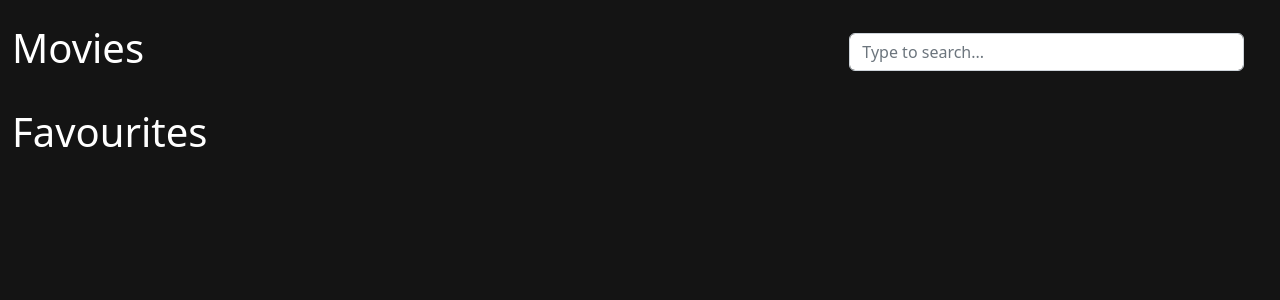
Repository: DeraBola/movie-app
Page: /
The author's editor kept a copy of each file at every save. The page is drawn from the files as they stood at one save, then again after the next save.
The browser window is 1280 px wide. The pictures show the whole page.
The page's requests for data from a server got no answer. The project was rebuilt for these pictures with package versions that can differ from the ones it lists, and the page was loaded fresh each time. No one was signed in, and anything a server would have sent is missing. Also part of the build but not shown: src/components/AddFavourites.js, src/components/RemoveFavourites.js.

Above is the page before, as saved 2022-09-02 11:09:03.

### src/index.js
import React from 'react';
import ReactDOM from 'react-dom/client';
import './index.css';
import App from './App';
import reportWebVitals from './reportWebVitals';

const root = ReactDOM.createRoot(document.getElementById('root'));
root.render(
  <React.StrictMode>
    <App />
  </React.StrictMode>
);


// If you want to start measuring performance in your app, pass a function
// to log results (for example: reportWebVitals(console.log))
// or send to an analytics endpoint. Learn more: https://bit.ly/CRA-vitals
reportWebVitals();

### src/App.js
import React, { useEffect, useState, useRef } from "react";
import MovieList from "../src/components/MovieList";
import MovieListHeading from "../src/components/MovieListHeading";
import SearchBox  from "../src/components/SearchBox";
import "bootstrap/dist/css/bootstrap.min.css";
import AddFavourites from "../src/components/AddFavourites";
import "./App.css";
import RemoveFavourites from "../src/components/RemoveFavourites";
import {
  BsInstagram,
  BsArrowLeftShort,
  BsArrowRightShort,
} from "react-icons/bs";





const App = () => {

  const [movies, setMovies] = useState([]);

  const [favourites, setFavourites] = useState([]);

  const [searchValue, setSearchValue] = useState([]);

  const getMovieRequest = async (searchValue) => {
    const url = `https://api.themoviedb.org/3/search/movie?query=${searchValue}&api_key=1a149356193d56f9143f86bca179b03e`

    const response = await fetch(url);

    const responseJson = await response.json();

    if(responseJson.results){
      setMovies(responseJson.results);
    }
  };

  useEffect(()=>{
    getMovieRequest(searchValue);
  }, [searchValue]);

  useEffect(()=>{
    const movieFavourites = JSON.parse(
      localStorage.getItem('react-movie-app-favourites')
    )||[];

    setFavourites(movieFavourites);
}, []);


  const saveToLocalStorage = (items) =>{
    localStorage.setItem('react-movie-app-favourites', JSON.stringify(items))
  }

const addFavouriteMovie = (movie) => {
  const newFavouriteList = [...favourites, movie];
  setFavourites(newFavouriteList);
  saveToLocalStorage(newFavouriteList);
};

const removeFavouriteMovie = (movie) => {
  const newFavouriteList = favourites.filter(
    (favourite) => favourite.id !== movie.id
  );
  setFavourites(newFavouriteList);
  saveToLocalStorage(newFavouriteList);
}

const scrollRef = useRef(null);
  const scroll = (direction) => {
    const { current } = scrollRef;
    if (direction === "left") {
      current.scrollLeft -= 300;
    } else {
      current.scrollLeft += 300;
    }
  }


  return (
    <div className="container-fluid movie-app">
      <div className="row d-flex align-items-center mt-4 mb-1" ref={scrollRef} >
        <MovieListHeading heading='Movies' />
        < SearchBox searchValue={searchValue} setSearchValue={setSearchValue}/>
      </div>
      <div className="row">
        <MovieList
        movies={movies}
        handleFavouritesClick={addFavouriteMovie}
        favouriteComponent={AddFavourites}/>

      </div>
      <div className="row d-flex align-items-center mt-4 mb-1">
        <MovieListHeading heading='Favourites' />
      </div>
      <div className="row">
        <MovieList
        movies={favourites}
        handleFavouritesClick={removeFavouriteMovie }
        favouriteComponent={RemoveFavourites}/>
      </div>
    </div>
  );
};

export default App;

### src/components/MovieList.js
import React from "react";

const API_IMG = "https://image.tmdb.org/t/p/w500";

const MovieList = (props) => {

  const FavouriteComponent = props.favouriteComponent;

  return (
    <>
      {props.movies?.map((movie, id) => (
        <div key={id} className="movie-img d-flex justify-content-start m-2">
         <div className="movie-poster"><img src={API_IMG + movie.poster_path} className='card-img-top' alt="movie" /></div>
              <div className="movie-info">
                <h3>{movie.title}</h3>
                <div className='movie-over'>
                  <h6>Overview</h6>
                <p>{movie.overview}</p>
                </div>
          </div>
          <div
          onClick ={ () => props.handleFavouritesClick(movie)}
          className="overlay d-flex align-items-center justify-content-center"
          >
            <FavouriteComponent />
          </div>
        </div>
      ))}
    </>
  );
};

export default MovieList;

### src/components/MovieListHeading.js
import React from 'react';

const MovieListHeading = (props) => {
return(
    <div className='col'>
        <h1>{props.heading}</h1>
    </div>
);
};
export default MovieListHeading;

### src/components/SearchBox.js
import React from 'react';

const SearchBox = (props) => {
return(
    <div className='col col-sm-4'>
      <input className='form-control'
      value={props.value}
      onChange = {(event) => props.setSearchValue(event.target.value) }
      placeholder="Type to search..."></input>
    </div>
);
};
export default SearchBox;

### src/App.css
 body {
     background: #141414;
     color: #fff;
     text-decoration: none;
     list-style-type: none;
 }

 .movie-app>.row {
     overflow-x: auto;
     flex-wrap: nowrap;
     -ms-overflow-style: none;
     scrollbar-width: none;
     width: 100%;
     margin-right: 1rem;
 }

 .movie-app>.row::-webkit-scrollbar {
     display: none;
 }

 .movie-img {
     padding: 1rem;
     width: 600px;
     height: 600px;
     -ms-overflow-style: none;
     scrollbar-width: none;
 }

 .movie-img::-webkit-scrollbar {
     display: none;
 }

 .movie-img:hover {
     cursor: pointer;
     transform: scale(1.1);
 }

 .movie-img img {
     width: 250px;
     height: 250px;
 }

 .movie-img .movie-info {
     flex: 1;
     padding: 1.5rem;
     height: 200px;
 }

 .movie-info .movie-over {
     padding: 1rem;
     background: rgba(255, 255, 255, 0.2);
     box-shadow: 04px 30px rgba(0, 0, 0, 0.1);
     margin-right: .5rem;
     backdrop-filter: blur(5px);
     border-radius: 12px;
     border-top: 1px solid #fff;
     border-left: 1px solid #fff;
     width: 300px;
 }

 .movie-info h3 {
     font-size: 25px;
     top: 0;
 }

 .movie-info .movie-over h6 {
     text-transform: uppercase;
     font-size: 20px;
 }

 .movie-img:hover .overlay {
     opacity: 1;
 }

 .overlay {
     position: absolute;
     background: rgba(0, 0, 0, 0.8);
     width: 100%;
     transition: 0.5s ease;
     opacity: 0;
     bottom: 0;
     font-size: 20px;
     padding: 20px;
     text-align: center;
 }

Loaded but not shown: public/index.html (common file); src/index.css (common file); src/reportWebVitals.js (common file)

After the next save:
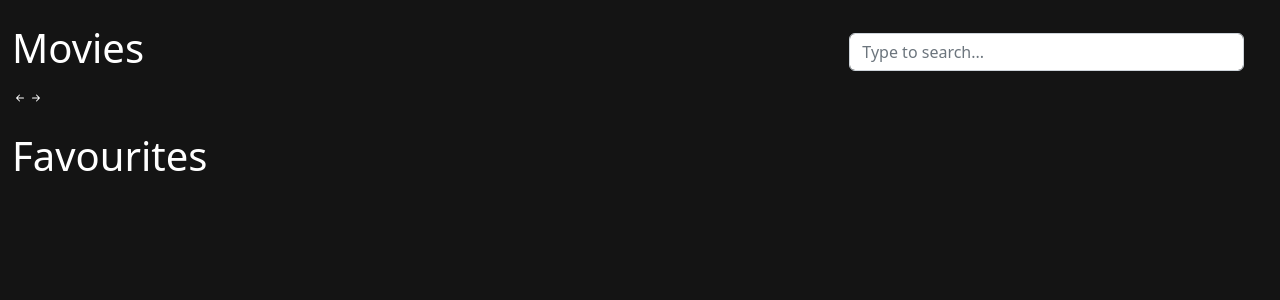
Saved 3 min 20 s later.
--- a/src/App.js
+++ b/src/App.js
@@ -83,7 +83,16 @@
       <div className="row d-flex align-items-center mt-4 mb-1" ref={scrollRef} >
         <MovieListHeading heading='Movies' />
         < SearchBox searchValue={searchValue} setSearchValue={setSearchValue}/>
-      </div>
+      </div><div className="app__gallery-images_arrow">
+          <BsArrowLeftShort
+            className="gallery__arrow-icon"
+            onClick={() => scroll("left")}
+          />
+          <BsArrowRightShort
+            className="gallery__arrow-icon"
+            onClick={() => scroll("right")}
+          />
+        </div>
       <div className="row">
         <MovieList
         movies={movies}

After the 5 saves that followed:
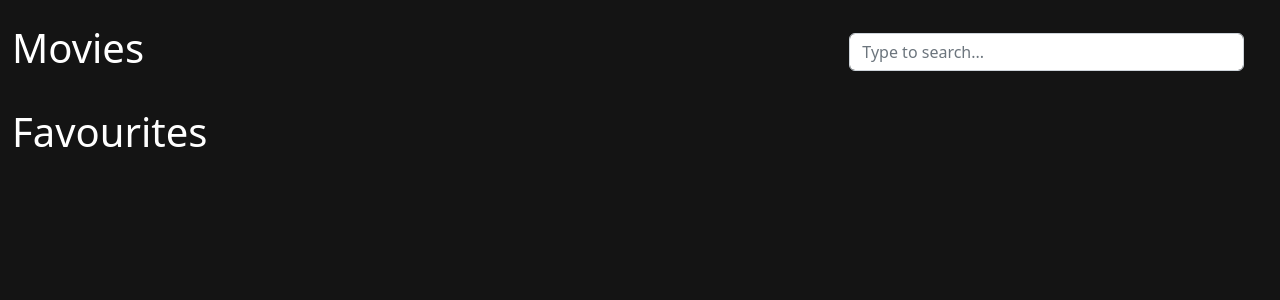
The 5 saves are shown as one change because 3 left the picture as it was and some came seconds apart.
The last was saved 4 min 32 s later.
--- a/src/App.js
+++ b/src/App.js
@@ -7,7 +7,6 @@
 import "./App.css";
 import RemoveFavourites from "../src/components/RemoveFavourites";
 import {
-  BsInstagram,
   BsArrowLeftShort,
   BsArrowRightShort,
 } from "react-icons/bs";
@@ -83,22 +82,13 @@
       <div className="row d-flex align-items-center mt-4 mb-1" ref={scrollRef} >
         <MovieListHeading heading='Movies' />
         < SearchBox searchValue={searchValue} setSearchValue={setSearchValue}/>
-      </div><div className="app__gallery-images_arrow">
-          <BsArrowLeftShort
-            className="gallery__arrow-icon"
-            onClick={() => scroll("left")}
-          />
-          <BsArrowRightShort
-            className="gallery__arrow-icon"
-            onClick={() => scroll("right")}
-          />
-        </div>
+      </div>
+
       <div className="row">
         <MovieList
         movies={movies}
         handleFavouritesClick={addFavouriteMovie}
         favouriteComponent={AddFavourites}/>
-
       </div>
       <div className="row d-flex align-items-center mt-4 mb-1">
         <MovieListHeading heading='Favourites' />
